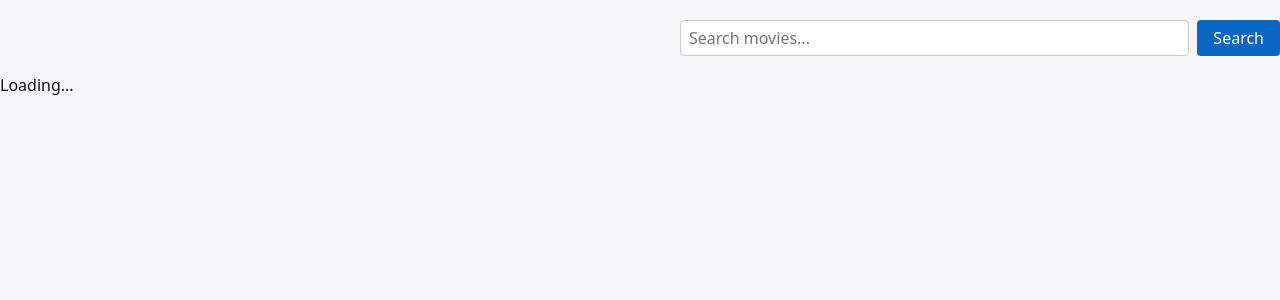
Repository: SvitSh/04-react-query
Page: /
The author's editor kept a copy of each file at every save. The page is drawn from the files as they stood at one save, then again after the next save.
The browser window is 1280 px wide. The pictures show the whole page.
The project was rebuilt for these pictures with package versions that can differ from the ones it lists, and the page was loaded fresh each time. Also part of the build but not shown: vite.config.ts, src/components/MovieList/MovieList.module.css, src/components/MovieModal/MovieModal.module.css, src/components/MovieModal/MovieModal.tsx, src/components/MovieList/MovieList.tsx, src/components/App/App.module.css.

Above is the page before, as saved 2025-07-25 16:43:16.

After the next save:
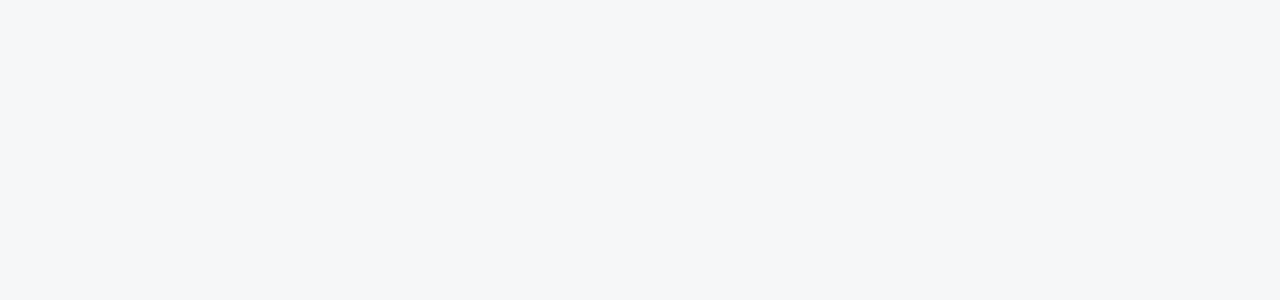
Console error: ReferenceError: keepPreviousData is not defined
Saved 2 min 38 s later.
--- a/src/components/App/App.tsx
+++ b/src/components/App/App.tsx
@@ -1,6 +1,6 @@
 import { useState } from "react";
 import { useSearchParams, useNavigate } from "react-router-dom";
-import { useQuery, keepPreviousData } from "@tanstack/react-query";
+import { useQuery } from "@tanstack/react-query";
 import SearchBar from "../SearchBar/SearchBar";
 import MovieList from "../MovieList/MovieList";
 import { searchMovies } from "../../api/movies";

After the save that followed:
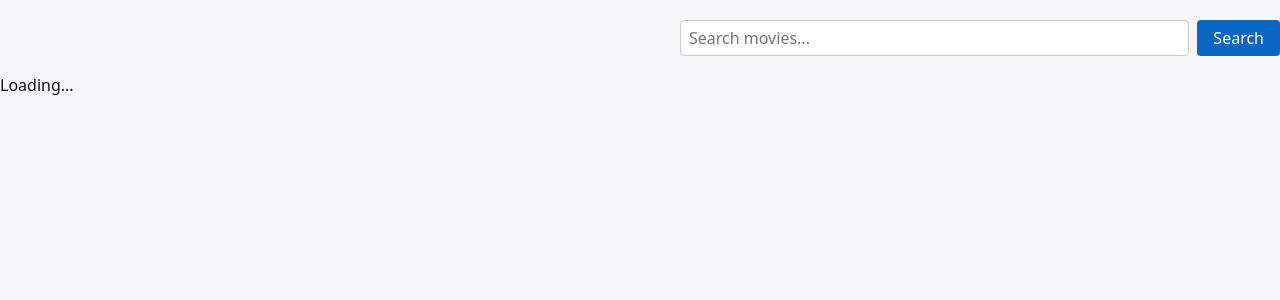
The error is gone.
Saved 14 min 32 s later.
--- a/src/components/App/App.tsx
+++ b/src/components/App/App.tsx
@@ -18,14 +18,13 @@
     queryKey: ["movies", query, page],
     queryFn: () => searchMovies(query, page),
     enabled: !!query,
-    placeholderData: keepPreviousData,
+    keepPreviousData: true,
   });
 
   const totalPages = data?.total_pages ?? 0;
 
-  // ✨ функція для обробки пошуку
   const handleSearch = (searchQuery: string) => {
-    setPage(1); // при новому пошуку — повертаємось на 1 сторінку
+    setPage(1);
     navigate(`/?query=${encodeURIComponent(searchQuery)}`);
   };
 
